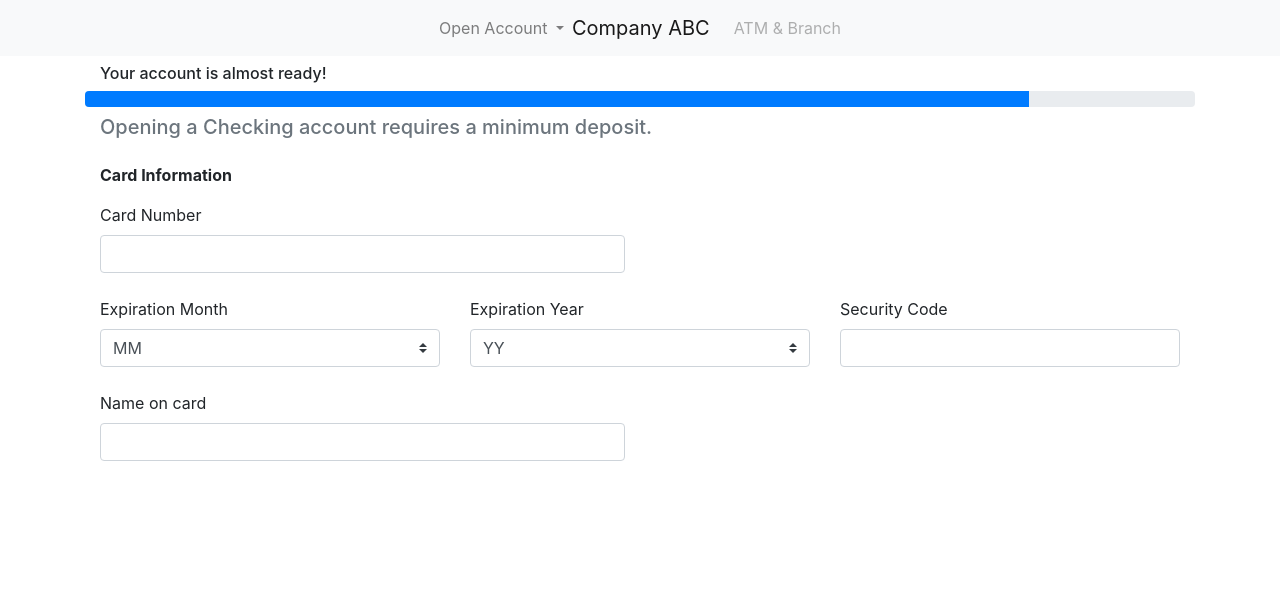
Repository: barriosan95/banking-opening-account-demo
Page: http://localhost/checking/application/customerInfo/finances/agreements/deposit
The author's editor kept a record of every edit. The page is drawn from the files as they stood at one moment, then again after the next edit.
The browser window is 1280 px wide. The pictures show the whole page.
Some web fonts or font styles are not loaded; a fallback is used. Some web libraries are served in a nearby version. The page is served by the project's Node server (index.js).

Above is the page before.

### views/deposit_app.ejs
<% include ./partials/header %>
    <div class ="container">
        <div class ="container mt-2">
            <h6 class="mb-0"> Your account is almost ready! <h6>
        </div>
        <div class="progress">
            <div class="progress-bar" role="progressbar" style="width: 85%" aria-valuenow="85" aria-valuemin="0" aria-valuemax="100"></div>
        </div>
        <div class ="container mt-2 mb-2 text-muted">
            <h5> Opening a Checking account requires a minimum deposit.</h5>
        </div>
        <div class ="container mt-4">
            <p><b> Card Information </b></p>
            <div class="row">
                <div class="col">
                    <label> Card Number </label>
                    <input type="number" class="form-control" placeholder="">
                </div>
                <div class ="col">
                </div>
            </div>
            <div class ="row mt-4">
                <div class ="col">
                    <label> Expiration Month </label>
                    <select class="custom-select mr-sm-2" id="inlineFormCustomSelect">
                        <option selected>MM</option>
                        <option value="1">01</option>
                        <option value="2">02</option>
                        <option value="3">03</option>
                        <option value="4">04</option>
                        <option value="5">05</option>
                        <option value="6">06</option>
                        <option value="7">07</option>
                        <option value="8">08</option>
                        <option value="9">09</option>
                        <option value="10">10</option>
                        <option value="11">11</option>
                        <option value="12">12</option>
                    </select>
                </div>
                <div class ="col">
                     <label> Expiration Year </label>
                    <select class="custom-select mr-sm-2" id="inlineFormCustomSelect">
                        <option selected>YY</option>
                        <option value="1">2018</option>
                        <option value="2">2019</option>
                        <option value="3">2020</option>
                        <option value="4">2021</option>
                        <option value="5">2022</option>
                        <option value="6">2023</option>
                        <option value="7">2024</option>
                        <option value="8">2025</option>
                        <option value="9">2026</option>
                        <option value="10">2027</option>
                        <option value="11">2028</option>
                        <option value="12">2029</option>
                    </select>
                </div>
                <div class ="col">
                     <label> Security Code </label>
                     <input type="number" class="form-control" placeholder="">
                </div>
            </div>
            <div class ="row mt-4">
                <div class ="col">
                    <label> Name on card </label>
                    <input type="text" class="form-control" placeholder="">
                </div>
                <div class ="col">

                </div>
            </div>
        </div>
    </div>

<% include ./partials/footer %>

### views/partials/header.ejs
<!DOCTYPE HTML!>
<html>

    <head>


        <!--CDN Bootstrap v4.1.3-->
        <link rel="stylesheet" href="https://stackpath.bootstrapcdn.com/bootstrap/4.1.3/css/bootstrap.min.css">
        <link rel="stylesheet" href="https://cdnjs.cloudflare.com/ajax/libs/font-awesome/4.7.0/css/font-awesome.min.css">

        <!--Ref stylesheets -->
        <link rel= "stylesheet" type="text/css" href="/styles/app.css">


        <!--font -->
        <link href="https://fonts.googleapis.com/css?family=Muli:200,300,400,700,800" rel="stylesheet">


        <!--Will ensure proper responsivness on mobile devices-->
        <meta name="viewport" content="width=device-width, initial-scale=1, shrink-to-fit=no">

        <title> Banking OA Demo </title>

        <meta name="viewport" content="width=device-width, initial-scale=1, maximum-scale=1, user-scalable=no">

    </head>

    <body>

    <!--NAVBAR-->
        <nav class="navbar navbar-expand-lg navbar-light bg-light">
            <button class="navbar-toggler" type="button" data-toggle="collapse" data-target="#navbarNavDropdown" aria-controls="navbarNavDropdown" aria-expanded="false" aria-label="Toggle navigation">
                <span class="navbar-toggler-icon"></span>
            </button>

            <div class="collapse navbar-collapse" id="navbarNavDropdown">
                <ul class="navbar-nav mx-auto">
                    <li class="nav-item dropdown">
                        <a class="nav-link dropdown-toggle" href="#" id="navbarDropdown" role="button" data-toggle="dropdown">
                            Open Account
                        </a>
                        <div class="dropdown-menu" aria-labelledby="navbarDropdown">
                          <a class="dropdown-item" href="/checking">Checking Accounts</a>
                          <div class="dropdown-divider"></div>
                          <a class="dropdown-item" href="/savings">Savings Accounts </a>
                          <div class="dropdown-divider"></div>
                          <a class="dropdown-item" href="#">Money Market Accounts</a>
                          <div class="dropdown-divider"></div>
                          <a class="dropdown-item" href="#">CD and IRA's</a>

                        </div>
                    </li>
                    <a class="navbar-brand" href="/"> Company ABC </a>
                     <li class="nav-item">
                        <a class="nav-link disabled" href="#">ATM & Branch</a>
                     </li>
                </ul>
            </div>
        </nav>

### views/partials/footer.ejs

        <!--Bootstrap js scripts-->
        <script src="https://code.jquery.com/jquery-3.3.1.min.js" integrity="sha256-FgpCb/KJQlLNfOu91ta32o/NMZxltwRo8QtmkMRdAu8="crossorigin="anonymous"></script>
        <script src="https://cdnjs.cloudflare.com/ajax/libs/popper.js/1.12.9/umd/popper.min.js" integrity="sha384-ApNbgh9B+Y1QKtv3Rn7W3mgPxhU9K/ScQsAP7hUibX39j7fakFPskvXusvfa0b4Q" crossorigin="anonymous"></script>
        <script src="https://maxcdn.bootstrapcdn.com/bootstrap/4.0.0/js/bootstrap.min.js" integrity="sha384-JZR6Spejh4U02d8jOt6vLEHfe/JQGiRRSQQxSfFWpi1MquVdAyjUar5+76PVCmYl" crossorigin="anonymous"></script>
        <!--JS SCIPTs -->

        <script src="/js/forms.js"></script>
        <script src="https://cdn.jsdelivr.net/npm/jquerykeyframes@1.0.5/dist/jquery.keyframes.min.js"></script>

    </body>
</html>

### index.js
const express = require('express');


const mainRoutes = require('./routes/main');

//APP CONFIGURATIONS
var app = express();
    app.set('view engine','ejs');
    app.use(express.static("public"));
    app.use(mainRoutes);





app.listen(process.env.PORT,process.env.IP,function(){
    console.log('Server established.');
});

### routes/main.js
const express = require('express');

const router = express.Router();

router.get("/", function(req,res){
    res.render('main');
});

router.get("/checking",function(req,res){
    res.render('checking');
});

router.get("/savings",function(req,res){
    res.render('savings');
});

router.get("/checking/application",function(req,res){
   res.render('checking_app');
});

router.get("/checking/application/customerInfo",function(req,res){
   res.render('info_app');
});

router.get("/checking/application/customerInfo/finances", function(req,res){
    res.render('finances_app');
});

router.get("/checking/application/customerInfo/finances/agreements", function(req,res){
    res.render('agreement_app');
});

router.get("/checking/application/customerInfo/finances/agreements/deposit", function(req,res){
    res.render('deposit_app');
});

router.get("/checking/application/customerInfo/finances/agreements/deposit/success", function(req,res){
    res.render('success_app');
});


module.exports = router;

### public/styles/app.css
.app-img{
    max-height: 40%;
    max-width: 40%;
}

Loaded but not shown: public/js/forms.js (no copy from this time; the picture is the same without it)

After the next edit:
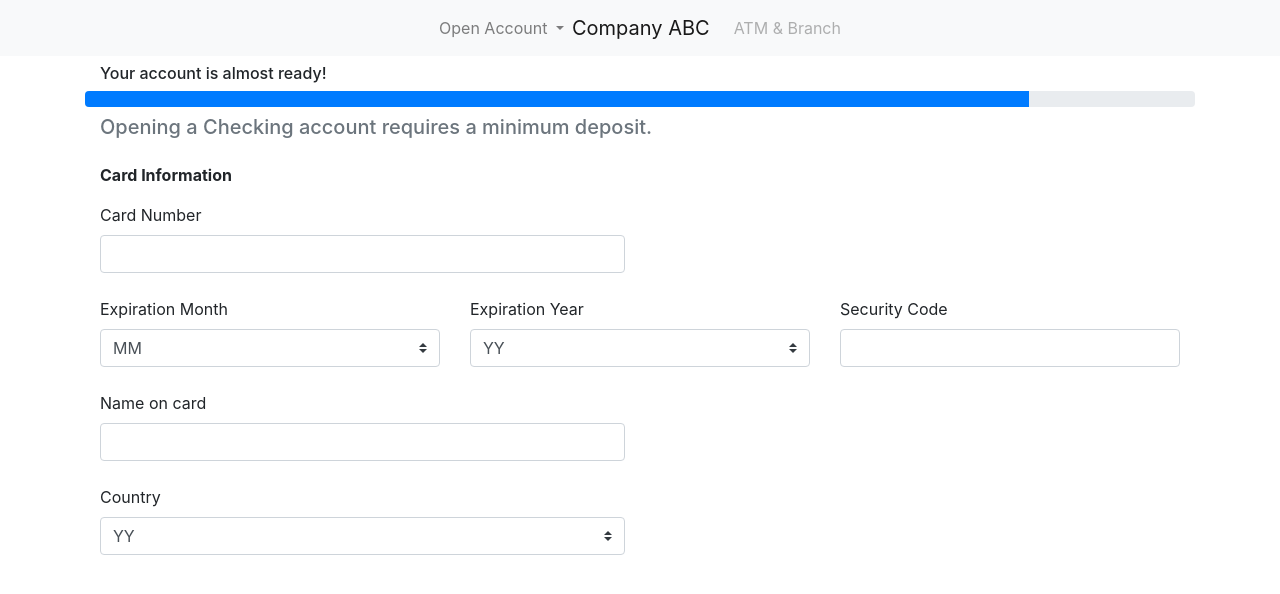
The edit:
--- a/views/deposit_app.ejs
+++ b/views/deposit_app.ejs
@@ -70,6 +70,19 @@
 
                 </div>
             </div>
+            <div class ="row mt-4">
+                <div class ="col">
+                    <label> Country </label>
+                    <select class="custom-select mr-sm-2" id="inlineFormCustomSelect">
+                        <option selected>YY</option>
+                        <option value="1">2018</option>
+
+                    </select>
+                </div>
+                <div class ="col">
+
+                </div>
+            </div>
         </div>
     </div>
 
